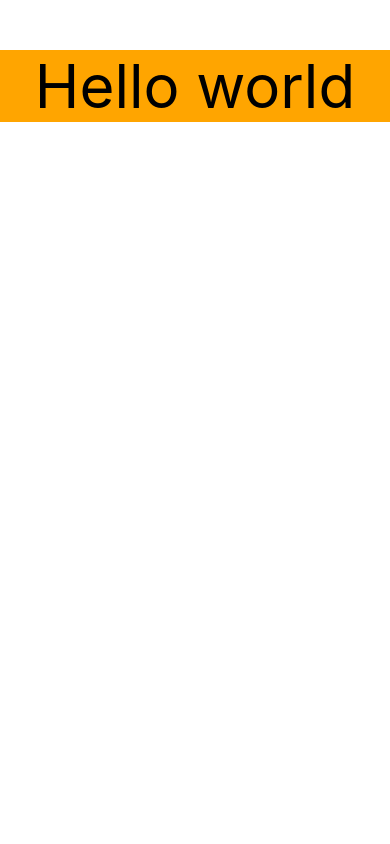
Repository: Ducbii4202/React-Native
Screen: /
These files come from the project's save history. The screen is drawn as it stood at one moment and after the next save; the edit follows.
The app was drawn by React Native's web renderer in a window 390 px wide. The project was rebuilt for these pictures with package versions that can differ from the ones it lists, and the page was loaded fresh each time.

Above is the screen before, as saved 2024-09-15 21:01:31.

After the next save:
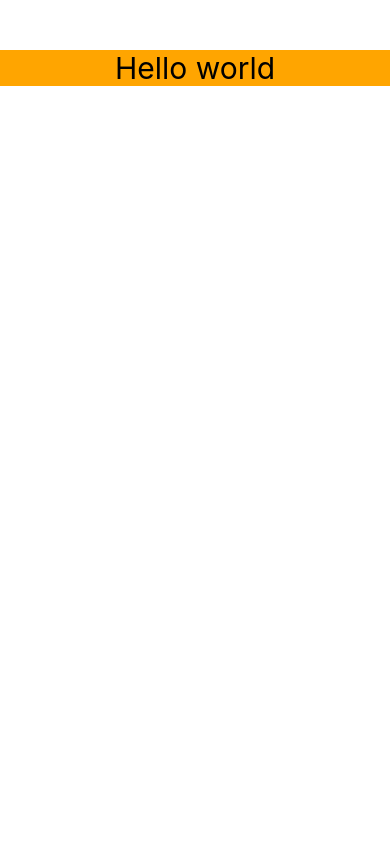
Saved 6 s later.
--- a/App.tsx
+++ b/App.tsx
@@ -28,7 +28,7 @@ const styles = StyleSheet.create({
     backgroundColor: 'orange',
     paddingHorizontal: 20,
     textAlign: 'center',
-    fontSize: 60,
+    fontSize: 30,
   }
 
 });
